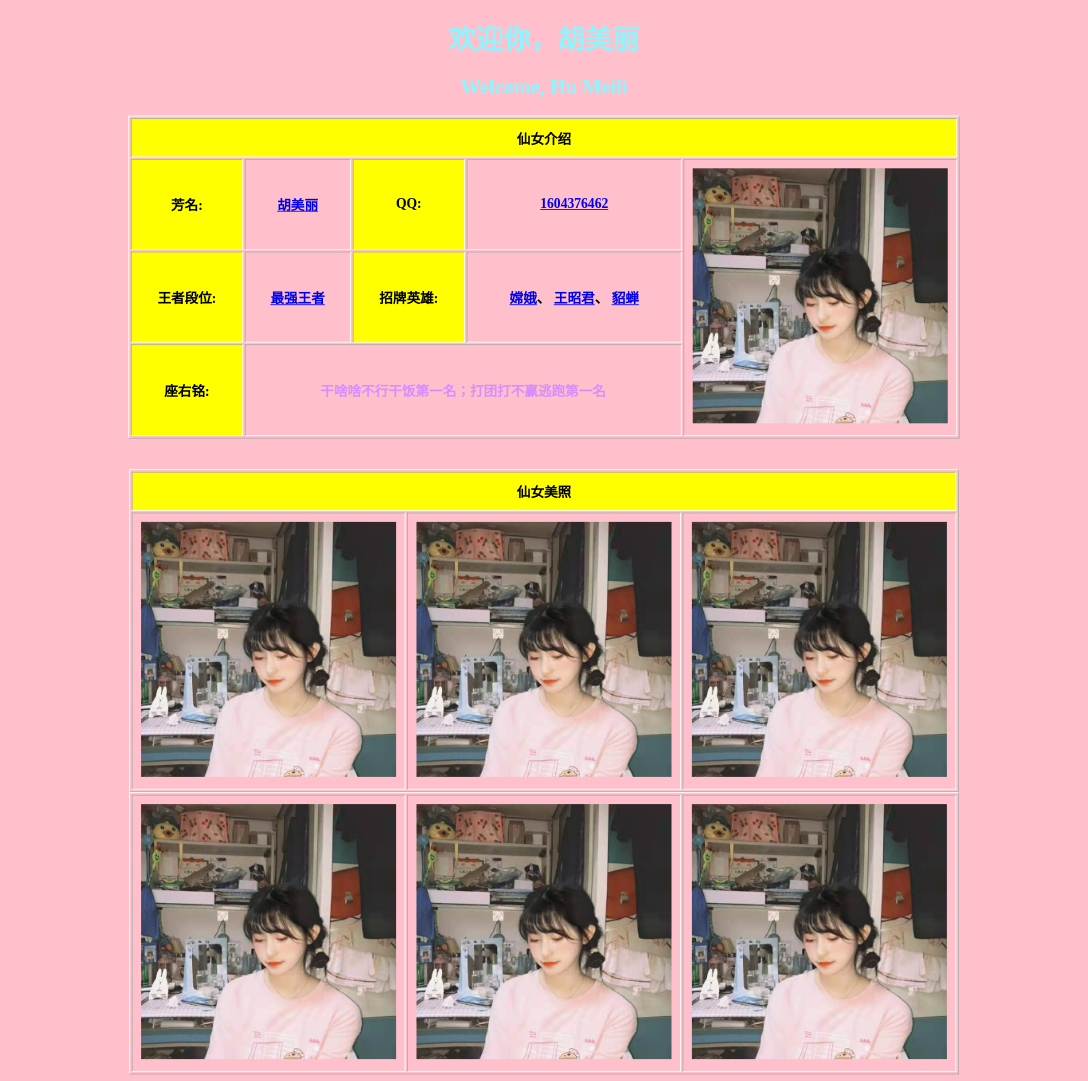
Repository: NanmeiYC/NanmeiYC.github.io
Page: ceshi2.html
An editor plug-in stored every save of this project. The page is shown before and after a run of saves, followed by the edit.
The browser window is 1280 px wide. The pictures show the whole page, at 85% of full size.

Above is the page before, as saved 2021-05-29 02:58:22.

After the next 3 saves:
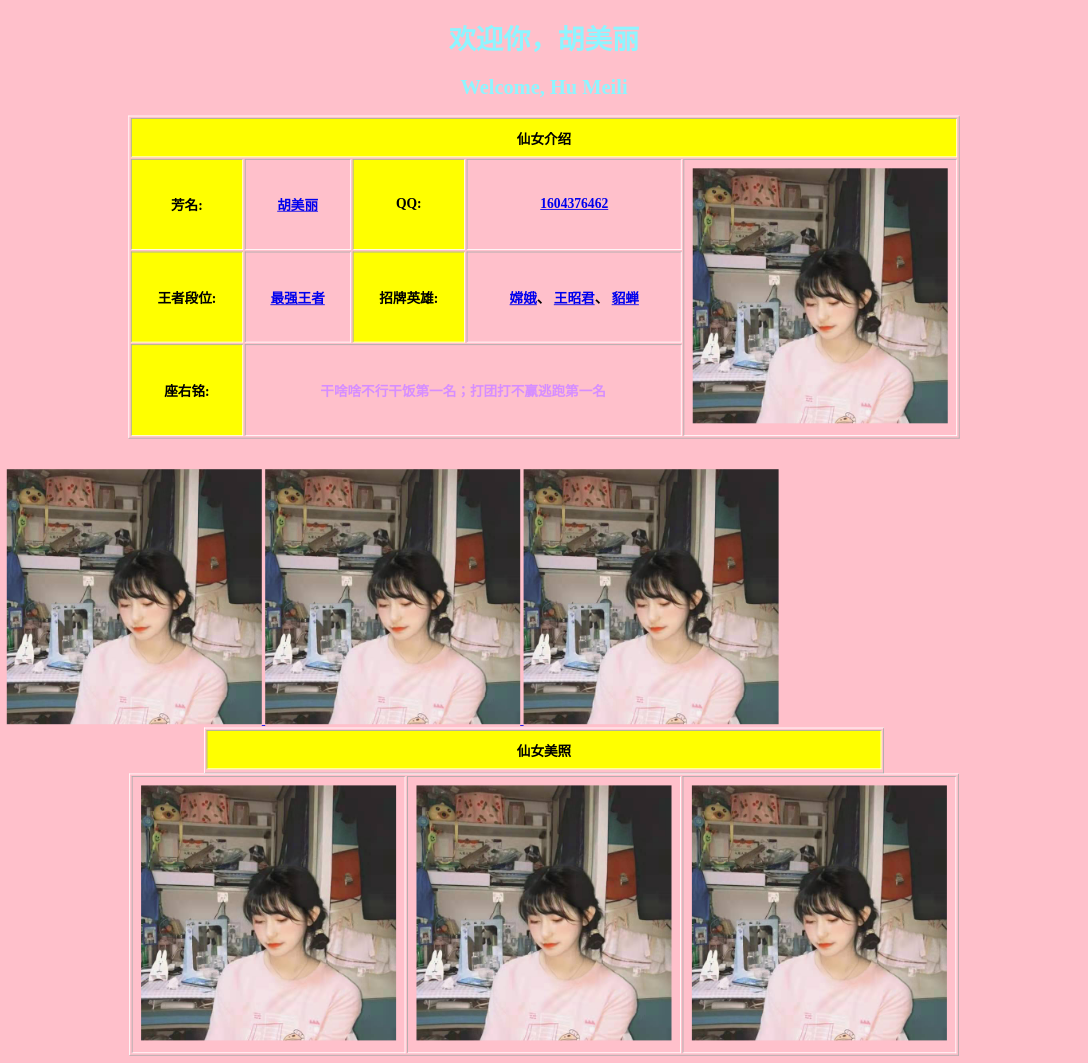
The 3 saves are shown as one change because they came seconds apart.
The last was saved 8 min 30 s later.
--- a/ceshi2.html
+++ b/ceshi2.html
@@ -42,9 +42,9 @@
             <th colspan="9" bgcolor="yellow">仙女美照</th>
         </tr>
         <tr align="center">
-            <th rowspan="3" width="100" <p><a href="humeili.html"><img border="0" src="images\胡美丽主.jpg" width="300px" height="300px"></th>
-            <th rowspan="3" width="100" <p><a href="humeili.html"><img border="0" src="images\胡美丽主.jpg" width="300px" height="300px"></th>
-            <th rowspan="3" width="100" <p><a href="humeili.html"><img border="0" src="images\胡美丽主.jpg" width="300px" height="300px"></th>
+            <th1 rowspan="3" width="100" <p><a href="humeili.html"><img border="0" src="images\胡美丽主.jpg" width="300px" height="300px"></th>
+            <th2 rowspan="3" width="100" <p><a href="humeili.html"><img border="0" src="images\胡美丽主.jpg" width="300px" height="300px"></th>
+            <th3 rowspan="3" width="100" <p><a href="humeili.html"><img border="0" src="images\胡美丽主.jpg" width="300px" height="300px"></th>
         </tr>
         <table border="1" align="center" cellpadding="10" width="800" style="border-color:rgb(255, 255, 255);">
         <tr align="center">
